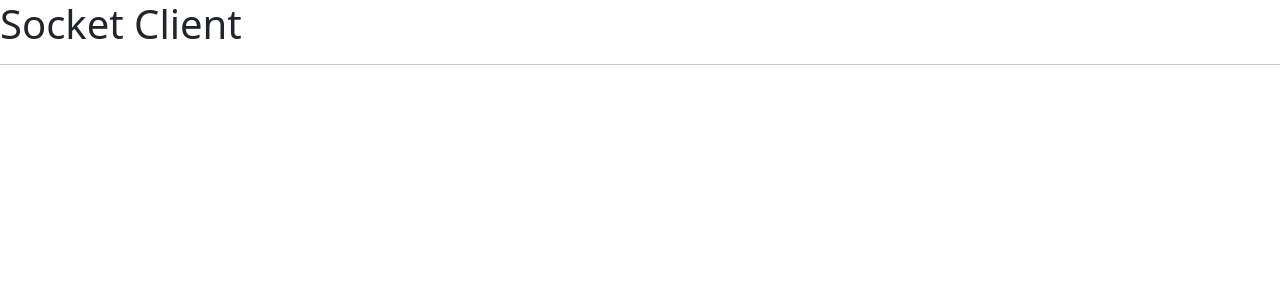
Repository: ElideZavala/curso-node-sockets
Page: public/index.html
The author's editor kept a copy of each file at every save. The page is drawn from the files as they stood at one save, then again after the next save.
The browser window is 1280 px wide. The pictures show the whole page.

Above is the page before, as saved 2021-05-05 08:06:52.

After the next save:
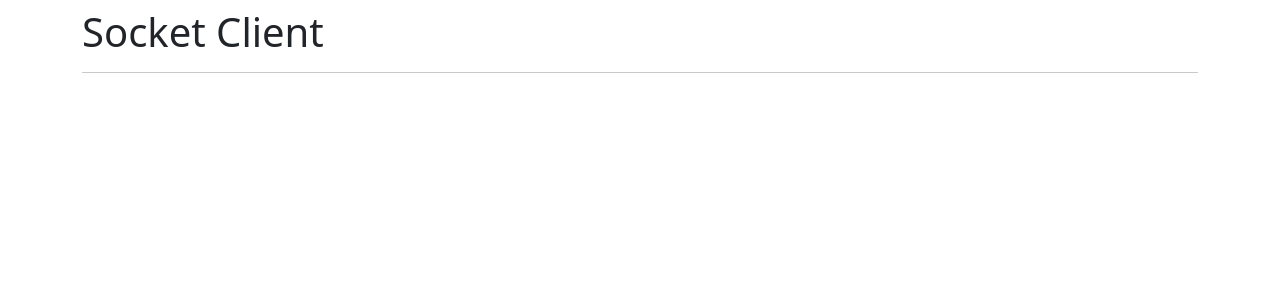
Saved 65 s later.
--- a/public/index.html
+++ b/public/index.html
@@ -8,8 +8,8 @@
 
      <link href="https://cdn.jsdelivr.net/npm/bootstrap@5.0.0-beta3/dist/css/bootstrap.min.css" rel="stylesheet" integrity="sha384-eOJMYsd53ii+scO/bJGFsiCZc+5NDVN2yr8+0RDqr0Ql0h+rP48ckxlpbzKgwra6" crossorigin="anonymous"/>
 </head>
-<body>
-     <h1>Socket Client</h1>
+<body class="container">
+     <h1 class="mt-2">Socket Client</h1>
      <hr>
 
 
